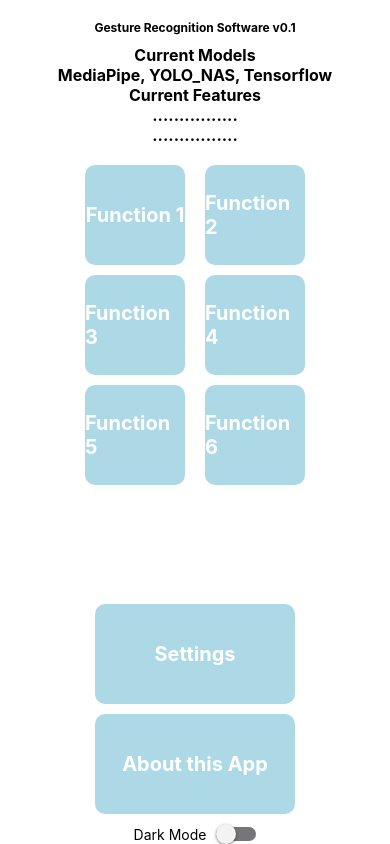
Repository: hajin-park/V-QUIP
Page: / (app in frontend/react-native-app/)
An editor plug-in stored every save of this project. The page is shown before and after the next save, followed by the edit.
The browser window is 390 px wide. The pictures show the whole page.
The app was drawn by React Native's web renderer in a window 390 px wide. The project was rebuilt for these pictures with package versions that can differ from the ones it lists, and the page was loaded fresh each time.

Above is the page before, as saved 2024-04-08 00:05:04.

After the next save:
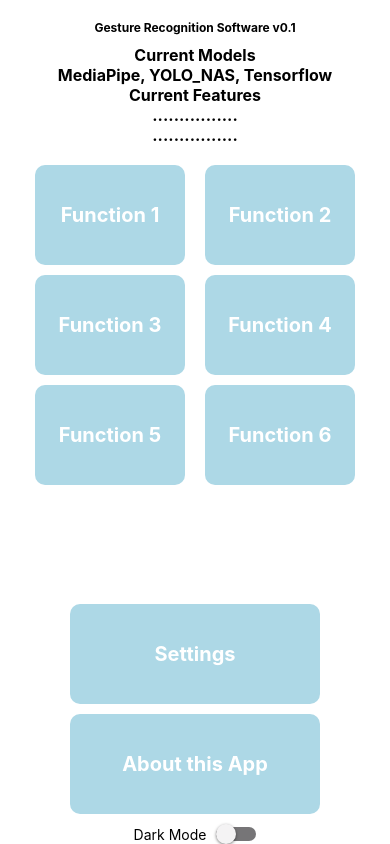
Saved 23 s later.
--- a/frontend/react-native-app/App.js
+++ b/frontend/react-native-app/App.js
@@ -110,7 +110,7 @@ const styles = StyleSheet.create({
     marginBottom: 10,
   },
   box: {
-    width: 100,
+    width: 150,
     height: 100,
     backgroundColor: '#ADD8E6', // Light blue color
     borderRadius: 10, // Rounded edges
@@ -119,7 +119,7 @@ const styles = StyleSheet.create({
     marginHorizontal: 10,
   },
   box2: {
-    width: 200,
+    width: 250,
     height: 100,
     backgroundColor: '#ADD8E6', // Light blue color
     borderRadius: 10, // Rounded edges
